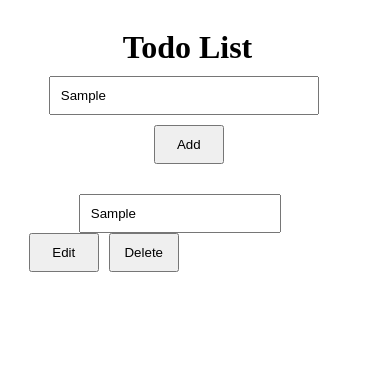
Repository: TENSAEA/----todo
Page: index.html
These files come from the project's save history. The page is drawn as it stood at one moment and after the next save; the edit follows.
The browser window is 375 px wide. The pictures show the whole page.
Empty fields were first filled with sample values (such as "Sample", 5 or name@example.com).
After loading, the first visible `#addBtn` was clicked once.

Above is the page before, as saved 2023-10-12 21:32:23.

After the next save:
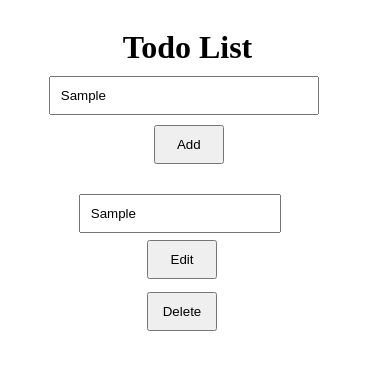
Saved 4 min 55 s later.
--- a/style.css
+++ b/style.css
@@ -58,4 +58,10 @@
         margin:3% 40%;
         cursor: pointer;
     }
+    .edit,.delete{
+        padding:10px;
+        width:70px;
+        margin:2% 38%;
+        cursor: pointer;
     }
+    }
